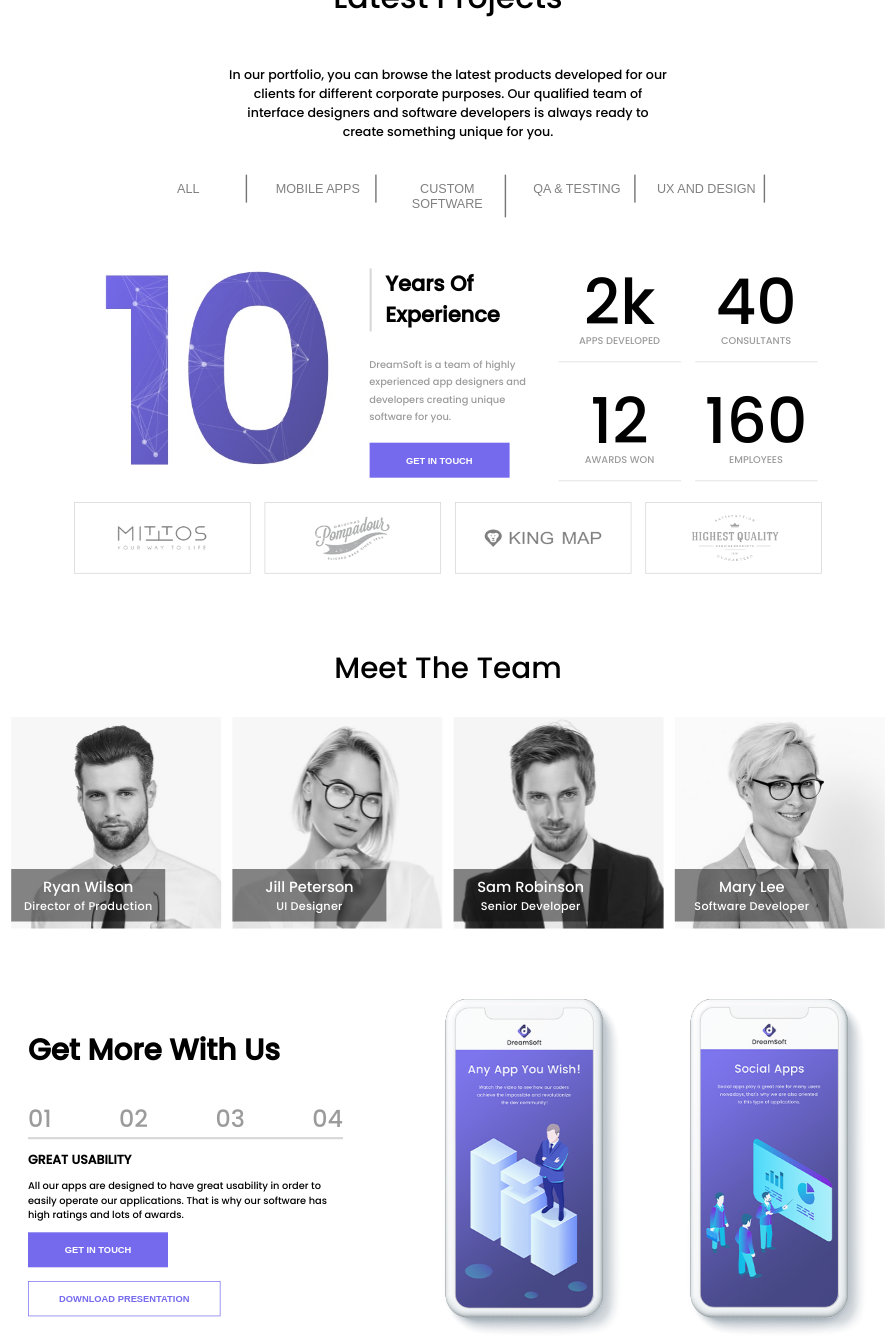
Repository: kkyler24/ladders-bootcamp-awesome
Page: index.html
An editor plug-in stored every save of this project. The page is shown before and after the next save, followed by the edit.
The browser window is 1280 px wide. The pictures show the part of the page from y = 1458 to 3378 px (the page is 6211 px tall before and 6210 px after), at 70% of full size.

Above is the page before, as saved 2021-03-20 10:57:53.

### index.html
<!DOCTYPE html>
<html lang="en">
  <head>
    <meta charset="UTF-8" />
    <meta name="viewport" content="width=device-width, initial-scale=1.0" />
    <link rel="stylesheet" href="style.css" />
    <link rel="stylesheet" href="kstyle.css" />
    <link rel="preconnect" href="https://fonts.gstatic.com">
    <link href="https://fonts.googleapis.com/css2?family=Poppins:wght@500&display=swap" rel="stylesheet">
    <title>Demo</title>
  </head>
  <body>
    <header></header>
    <nav class="container-nav">
      <a class="logopic">
        <img src="./img/jumbotron/logo-default-191x52.png" alt="MCLA LOGO"   height="63.99" width="220">
      </a>
      <div class="nav-link">
      <ul>
        <li class=" list-inline">
          <a href="./index.html">Home</a>
        </li>
        <li class="nav-item active list-inline">
          <a href="./index.html">About Us</a>
        </li>
        <li class="nav-item active list-inline">
          <a href="./index.html">Gallery</a>
        </li>
        <li class="nav-item active list-inline">
          <a href="./index.html">Pricing</a>
        </li>
        <li class="nav-item active list-inline">
          <a href="./index.html">Blog</a>
        </li>
      </ul>
    </div>
      <!-- <button></button> -->

    </nav>
    <!-- jumbotron 3 slides -->
    <div id="jumbotron" class="carousel">
      <!-- <ul class ="carousel-indicators">
          <li data-target="#carouselExampleCaptions" data-slide-to="0" class="active"></li>
          <li data-target="#carouselExampleCaptions" data-slide-to="1"></li>
          <li data-target="#carouselExampleCaptions" data-slide-to="2"></li>
          <li data-target="#carouselExampleCaptions" data-slide-to="3"></li>
      </ul> -->
      <div class="container-jumbo">
          <div class="carousel-item">
              <img id="jumboimgOne"src="./img/jumbotron/jess-bailey-q10VITrVYUM-unsplash.jpg"  alt="..." />
              <div class="jumboheadline">
                <h2 class="jumbotext">Mobile App Development</h2><br>
                  <div id="indext">
                    <p class="jumboPara"> Since our establishment, we have delivering high-quality and sutainable <br> software solutions for corporate purpose of worldwide business.</p>
                  </div>

              </div>
          </div>
          <!-- <div class="carousel-item">
              <img src="Assets/diversity2gether.jpg" class="d-block w-100" alt="..." />
              <div class="carousel-caption d-none d-md-block">
                  <h5>We Celebrate diversity</h5>
              </div>
          </div>
          <div class="carousel-item">
              <img src="Assets/womensrights.jpg" class="d-block w-100" alt="..." />
              <div class="carousel-caption d-none d-md-block">
                  <h5> We charise our choices</h5>
              </div>
          </div>
          <div class="carousel-item">
              <img src="Assets/climate.jpg" class="d-block w-100" alt="..." />
              <div class="carousel-caption d-none d-md-block">
                  <h5> We protect whats ours</h5>
              </div> -->
          </div>
      </div>
  </div>
  <!-- <a class="carousel-control-prev" href="#carouselExampleCaptions" role="button" data-slide="prev">
      <span class="carousel-control-prev-icon" aria-hidden="true"></span>
      <span class="sr-only">Previous</span>
  </a>
  <a class="carousel-control-next" href="#carouselExampleCaptions" role="button" data-slide="next">
      <span class="carousel-control-next-icon" aria-hidden="true"></span>
      <span class="sr-only">Next</span>
  </a> -->
</div>

    </section>

    <section class="all-service-section">
      <!-- see all services -->
          <div class="all-services-img">
            <img src="https://ld-wt73.template-help.com/wt_prod-18959/images/index-1-415x592.jpg" alt="" width="415" height="592">
          </div>

          <div class="all-services-container">

              <div class="corporate-solutions-block">
                <h3 class="all-services-h3">See All Services</h3>
                <button class="all-services-button">All Services</button>
              </div>
              <div class="corporate-solutions-block">
                <img src="./img/icon-phone.PNG" alt="">
                <h4 class="services-title-h4">CORPORATE SOLUTIONS</h4>
                <p class="corporate-solutions-text">Need specific software for your company? We are ready to develop it!</p>
              </div>
              <div class="corporate-solutions-block">
                <img src="./img/icon-headset.PNG" alt="">
                <h4 class="services-title-h4">CALL CENTER SOLUTIONS</h4>
                <p class="corporate-solutions-text">Our experts provide custom products of any complexity for call centers.</p>
              </div>
              <div class="corporate-solutions-block">
                <img src="./img/icon-cloud-box.PNG" alt="">
                <h4 class="services-title-h4">CLOUD DEVELOPMENT</h4>
                <p class="corporate-solutions-text">We can also offer you reliable cloud development solutions.</p>
              </div>

          </div>
    </section>

    <section id="sectThree" class="container-fluid">
      <!-- latest Projects -->
      <div class="latestPro">
        <h1 id="latestPro"> Latest Projects</h1>
        <p id="latestPara">In our portfolio, you can browse the latest products developed for our clients for different corporate purposes. Our qualified team of interface designers and software developers is always ready to create something unique for you.</p>
        <div id="latestRow">
         <div class="latestButtons"><button>All</button></div>
         <div class="latestButtons"><button>Mobile Apps</button></div>
         <div class="latestButtons"><button>custom Software</button></div>
         <div class="latestButtons"><button>QA & Testing</button></div>
         <div class="latestButtons"><button>UX and Design</button></div>
        </div>

      </div>
    </section>

    <section class="achievements-section">
      <!-- achievements -->
      <figure>
      <img src="./img/10.jpg" alt="Animated number ten" height="300" />
      </figure>
      <div class="years-of-experience-container">
        <h1>Years Of Experience</h1>
        <p>
          DreamSoft is a team of highly experienced app designers and developers
          creating unique software for you.
        </p>
        <button class="get-in-touch-button">Get in touch</button>
      </div>
      <div class="achievements-numbers-container">
        <div class="achievements-numbers-block">
          <h2>2k</h2>
          <p>APPS DEVELOPED</p>
        </div>
        <div class="achievements-numbers-block">
          <h2>40</h2>
          <p>CONSULTANTS</p>
        </div>
        <div class="achievements-numbers-block">
          <h2>12</h2>
          <p>AWARDS WON</p>
        </div>
        <div class="achievements-numbers-block">
          <h2>160</h2>
          <p>EMPLOYEES</p>
        </div>
      </div>
      <div class="logo-links-container">
        <figure>
          <img src="./img/clients-9-270x117.png" alt="Mittos Logo" >
        </figure>
        <figure>
          <img src="./img/clients-10-270x117.png" alt="Pompadour Logo" >
        </figure>
        <figure>
          <img src="./img/clients-3-270x117.png" alt="King Map Logo" >
        </figure>
        <figure>
          <img src="./img/clients-11-270x117.png" alt="Highest Quality Logo" >
        </figure>
      </div>
    </section>

    <section class="meet-the-team-section">
      <!-- meet the team -->
      <h2 class="meet-the-team-h2">Meet The Team</h2>

      <div class="meet-the-team-main-container">

          <div class="meet-team-block">
            <img src="./img/ryan-wilson.jpg" alt="">

            <div class="meet-team-text-block">
              <h4 class="meet-the-team-h4">Ryan Wilson</h4>
              <p class="meet-the-team-p">Director of Production</p>
            </div>
          </div>
          <div class="meet-team-block">
            <img src="./img/jill-peterson.jpg" alt="">

            <div class='meet-team-text-block'>
              <h4 class="meet-the-team-h4">Jill Peterson</h4>
              <p class="meet-the-team-p">UI Designer</p>
            </div>
          </div>
          <div class="meet-team-block">
            <img src="./img/sam-robinson.jpg" alt="">

            <div class='meet-team-text-block'>
              <h4 class="meet-the-team-h4">Sam Robinson</h4>
              <p class="meet-the-team-p">Senior Developer</p>
            </div>
          </div>
          <div class="meet-team-block">
            <img src="./img/mary-lee.jpg" alt="">

            <div class='meet-team-text-block'>
              <h4 class="meet-the-team-h4">Mary Lee</h4>
              <p class="meet-the-team-p">Software Developer</p>
            </div>
          </div>

      </div>
    </section>

    <section class="get-more-with-us-section">
      <!-- Get more with us -->
      <section class="get-more-with-us">
        <h1>Get More With Us</h1>
        <div class="numbers">
          <p>01</p>
          <p>02</p>
          <p>03</p>
          <p>04</p>
        </div>
        <h2>GREAT USABILITY</h2>
        <p class="get-more-about-project">
          All our apps are designed to have great usability in
          order to easily operate our applications.
          That is why our software has high ratings and lots of awards.
        </p>
        <button class="get-in-touch-button">Get in touch</button>
        <button class="download-presentation-button">Download presentation</button>
      </section>
      <img src="img/index-4-261x484.png" alt="Screen with Any App You Wish">
      <img src="img/index-5-261x484.png" alt="Screen with Socia Apps">
    </section>

    <section class="what-people-say-section">
      <!-- What People Say -->
      <h2 class="what-people-say-h2">What People Say</h2>

      <div class="what-people-say-main-container">

        <div class="client-container">
          <img src="./img/catherine-wilson.jpg" alt="">
          <div class="client-title">
            <h4 class="client-name-h4">Catherine Williams</h4>
            <p>Regular client</p>
          </div>
          <div class="client-body">
            <p class="client-body-p">DreamSoft offers a high caliber of resources skilled
            in Microsoft Azure .NET, mobile and Quality Assurance. They
            became our true business partners over the past three years.</p>
          </div>
        </div>
        <div class="client-container">
          <img src="./img/rupert-woods.jpg" alt="">
          <div class="client-title">
            <h4 class="client-name-h4">Rupert Wood</h4>
            <p>Regular client</p>
          </div>
          <div class="client-body">
            <p class="client-body-p">DreamSoft powered us with a competent team to develop
            products for banking services. The team has been delivering
            results within budget and time, which is amazing.</p>
          </div>
        </div>
        <div class="client-container">
          <img src="./img/samantha-brown.jpg" alt="">
          <div class="client-title">
            <h4 class="client-name-h4">Samantha Brown</h4>
            <p>Regular client</p>
          </div>
          <div class="client-body">
            <p class="client-body-p">DreamSoft is a highly skilled and uniquely capable
            firm with multitudes of talent on-board. We have
            results within budget and time, which is amazing.
            collaborated on a number of diverse projects that
            have been a great success.</p>
          </div>
        </div>

      </div>

    </section>

    <section class="latest-blog-posts-section">
      <h2 class="what-people-say-h2">Latest Blog Posts</h2>
      <div class="posts-container">
        <div class="post-block">
          <figure>
          <img class="post-cover" src="img/post-10-370x307.jpg">
          <img class="post-date-label" src="img/label.svg">
          <p class="post-label-date">07/04</p>
          </figure>
          <h4 class="block-post-h4">Benefits Of Async/Await</h4>
            <p class="blog-post-p">
            Asynchronous functions are a good and bad thing in JavaScript.
            The good side is that asynchronous functions are non-blocking and…
            </p>
        </div>
        <div class="post-block">
          <figure>
          <img class="post-cover" src="img/post-11-370x307.jpg">
          <img class="post-date-label" src="img/label.svg">
          <p class="post-label-date">07/17</p>
          </figure>
          <h4 class="block-post-h4">Key Considerations Of IPaaS</h4>
            <p class="blog-post-p">
              Digital transformation requires cloud appropriate adoption,
              legacy IT systems modernization, and Agile-based methodologies for faster…
            </p>
        </div>
        <div class="post-block">
          <figure>
          <img class="post-cover" src="img/post-12-370x307.jpg">
          <img class="post-date-label" src="img/label.svg">
          <p class="post-label-date">07/22</p>
          </figure>
          <h4 class="block-post-h4">Hibernate Query Language</h4>
            <p class="blog-post-p">
              In this tutorial, we will discuss the
              Hibernate Query Language. HQL is an object-oriented query language.
              Hibernate Query...
            </p>
        </div>
      </div>
    </section>

    <footer>
      <!-- contacts and info -->
      <section class="footer-contacts">
        <img src="img/logo-inverse-191x52.png" alt="DreamSoft Logo">
        <p class="about-company">
          Our company has been developing high-quality and reliable software
          for corporate needs since 2008. We are renowned professionals of
          software development.</p>
        <div class="address-block-container">
          <div class="one-contact-block">
            <h2>ADDRESS</h2>
            <p>4730 Crystal Springs Dr, Los Angeles, CA 90027</p>
          </div>
          <div class="one-contact-block">
            <h2>PHONES</h2>
            <p>
              <span class="changing-color">+1 323-913-4688</span>
              <span>,</span>
              <span class="changing-color">+1 323-888-4554</span>
            </p>
          </div>
          <div class="one-contact-block">
            <h2>E-MAILS</h2>
            <p>
              <span>info@demolink.org</span>
              <span>,</span>
              <span>mail@demolink.org</span>
            </p>
          </div>
          <div class="social-media-links-container">
            <img src="img/iconfinder_Circled_Facebook.svg" alt="Facebook Icon">
            <img src="img/iconfinder_Circled_Instagram.svg" alt="Facebook Icon">
            <img src="img/iconfinder_Circled_Linkedin.svg" alt="Facebook Icon">
            <img src="img/iconfinder_Circled_Twitter.svg" alt="Facebook Icon">
          </div>
        </div>
      </section>
      <form class="contact-form">
        <h1>Questions? Contact Us</h1>
        <input class="input-field-1" type="text" id="name" name="name" placeholder="Name"><br>
        <input class="input-field-1" type="text" id="email" name="email" placeholder="Email"><br>
        <input class="input-field-2" type="text" id="message" name="message" placeholder="Message"><br>
        <button class="send-message-button">Send message</button>
      </form>
      <section class="what-we-offer">
        <h1>What We Offer</h1>
        <div class="what-we-offer-container">
            <figure class="what-we-offer-item">
              <p>DB Management</p>
              <figure class="triangle"></figure>
            </figure>
            <figure class="what-we-offer-item">
              <p>IOS/MacOS</p>
              <figure class="triangle"></figure>
            </figure>
            <figure class="what-we-offer-item">
              <p>Android Apps</p>
              <figure class="triangle"></figure>
            </figure>
            <figure class="what-we-offer-item">
              <p>Windows Apps</p>
              <figure class="triangle"></figure>
            </figure>
            <figure class="what-we-offer-item">
              <p>UX/UI Apps</p>
              <figure class="triangle"></figure>
          </figure>
        </div>
        </section>
      </footer>
  </body>
</html>

### kstyle.css
html, body{
  overflow-x: hidden;


}

/* Navbar git  */
.container-nav {
  display: flex;
}

.list-inline {
  display: inline;
  list-style-type: none;
  padding-right: 10px;
  font-family: Georgia, "Times New Roman", Times, serif;
}

a.logopic {
  flex-flow: row;
  flex-grow: 3;
}

ul.li.a {
  font-family: "Poppins", sans-serif;
  font-weight: 500;
  color: black;
}

/* Jumbotron */
.jumboPara {
  text-align: center;
}

.jumbotron .container-jumbo {
  max-width: 100%;
  background-color: #222;
}

#jumbotron {
  padding: 30px 0px 30px 0px;
  max-width: 100%;
  text-align: center;
  background-color: transparent;
  overflow: hidden;
  font-family: "Raleway", Helvetica, Arial, sans-serif;
}

.container-jumbo {
  display: flex;
  width: 100%;
  margin: 0 auto;
  height: 561px;
}

.jumbotext {
  color: rgb(2, 2, 2);
  font-weight: 600;
  text-transform: uppercase;
  font-size: 60px;
}

.jumboheadline {
  display: flex;
  flex-direction: column;
  height: 506px;
  justify-content: flex-end;
}

#jumboimgOne {
  z-index: 0;
  position: absolute;
  display: flex;
  width: 100%;
  overflow-x: hidden;
}

.carousel-item {
  width: 100%;
}

.carousel-item,
.jumbotext,
#indext {
  position: relative;
  z-index: 2;
}

/* latest Section */

#sectThree{
  display: flex;
  font-family: "Poppins", sans-serif;
  text-align: center;
  width: 100%;
}

#latestPara{
 font-size: 18px;
 margin: auto 25% auto 25%;
 padding-top: 3%;
 max-width: ;
}

#latestPro{
  font-size: 45px;
  font-weight: lighter;
  margin-top: 2%;
  margin-bottom: 2%;
}

#latestRow{
display: flex;
justify-content: center;
margin-top: 3%;
margin-bottom: 3%;

}
#latestRow button{
  color: gray;
  font-weight: 200px;
  padding: 5%;
  margin: 10px;
 font-size: 18px;
 background-color: transparent;
 border-right-width: 2px;
 border-color: rgb(199, 201, 202);
 border-left: none;
 border-top: none;
 border-bottom: none;
 width: 165px;
 text-transform: uppercase;
}
.latestButtons{

}

Loaded but not shown: style.css (628 lines, source omitted)

After the next save:
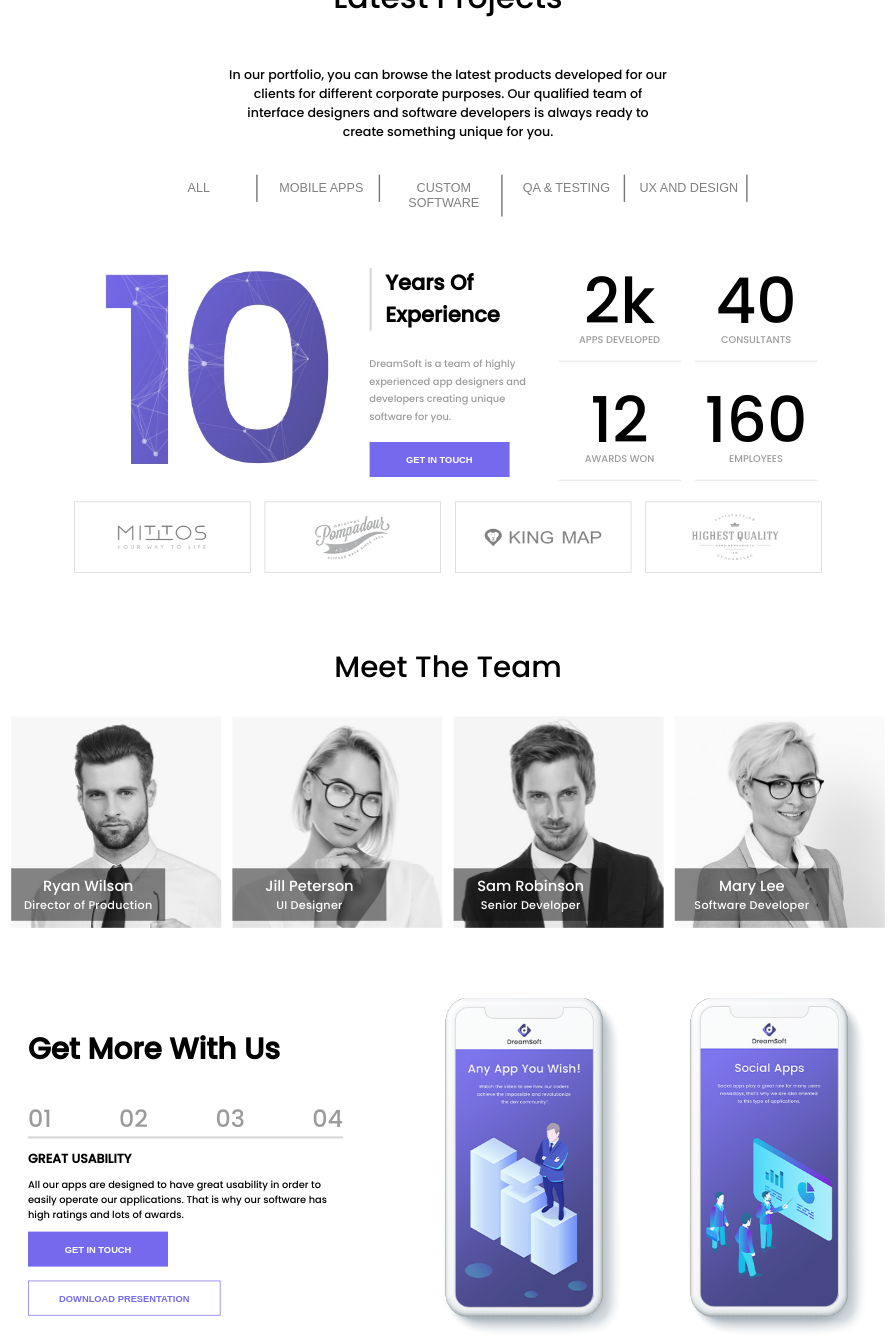
Saved 35 s later.
--- a/kstyle.css
+++ b/kstyle.css
@@ -121,6 +121,7 @@ margin-bottom: 3%;
   font-weight: 200px;
   padding: 5%;
   margin: 10px;
+  margin-left: 0px;
  font-size: 18px;
  background-color: transparent;
  border-right-width: 2px;
